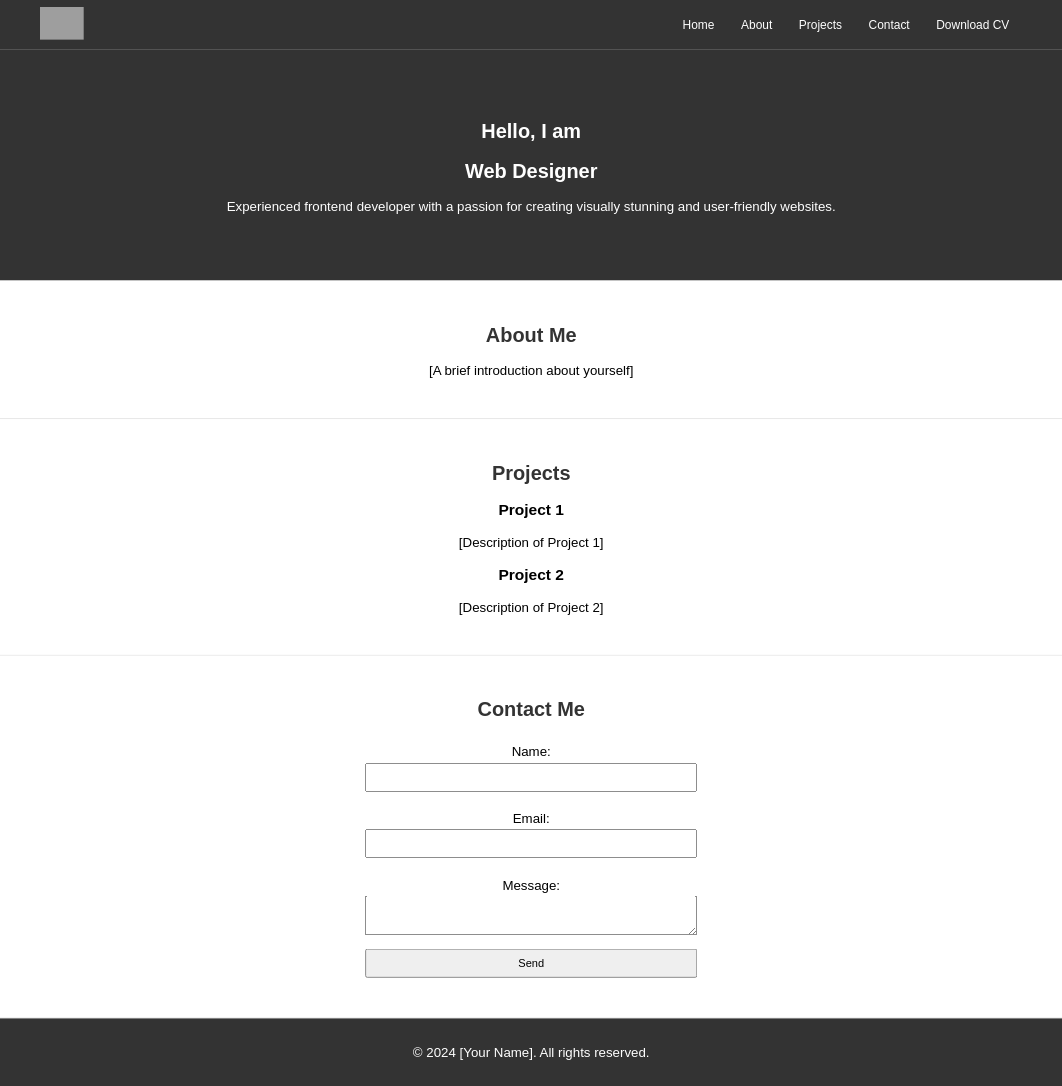
Repository: 4Kbrain/Portofolio
Page: index.html
The author's editor kept a copy of each file at every save. The page is drawn from the files as they stood at one save, then again after the next save.
The browser window is 1280 px wide. The pictures show the whole page, at 83% of full size.
Pictures or frames that could not be fetched are drawn as grey boxes.

Above is the page before, as saved 2024-05-15 07:53:40.

After the next save:
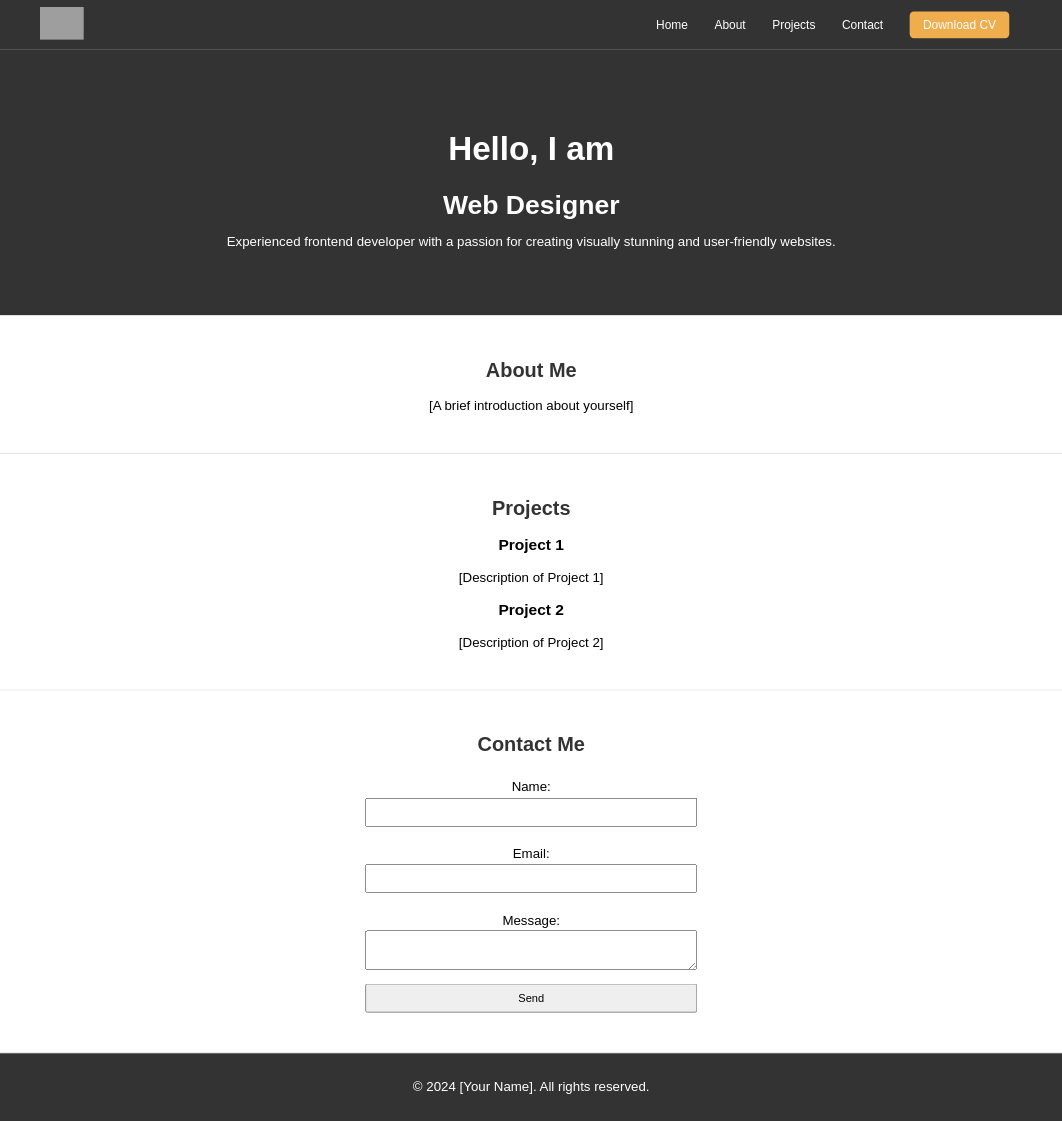
Saved 12 s later.
--- a/styles.css
+++ b/styles.css
@@ -15,7 +15,7 @@ nav {
     display: flex;
     justify-content: space-between;
     align-items: center;
-    padding: 0 2rem; /* Add padding to the left and right */
+    padding: 0 2rem;
 }
 
 nav .logo img {
@@ -27,6 +27,7 @@ nav ul {
     padding: 0;
     margin: 0;
     display: flex;
+    align-items: center;
 }
 
 nav ul li {
@@ -37,6 +38,13 @@ nav ul li a {
     color: white;
     text-decoration: none;
     font-size: 0.9rem; /* Smaller font size for navbar items */
+}
+
+nav ul li a.download-cv {
+    background-color: #f0ad4e;
+    padding: 0.5rem 1rem;
+    border-radius: 5px;
+    color: white;
 }
 
 section {
@@ -50,12 +58,22 @@ section {
     padding: 4rem 2rem;
 }
 
-#about, #skills, #projects, #contact {
+#home h1 {
+    font-size: 2.5rem;
+    margin-bottom: 0.5rem;
+}
+
+#home h2 {
+    font-size: 2rem;
+    margin-bottom: 1rem;
+}
+
+#about, #projects, #contact {
     background: #fff;
     border-bottom: 1px solid #ddd;
 }
 
-#about h2, #skills h2, #projects h2, #contact h2 {
+#about h2, #projects h2, #contact h2 {
     color: #333;
 }
 
